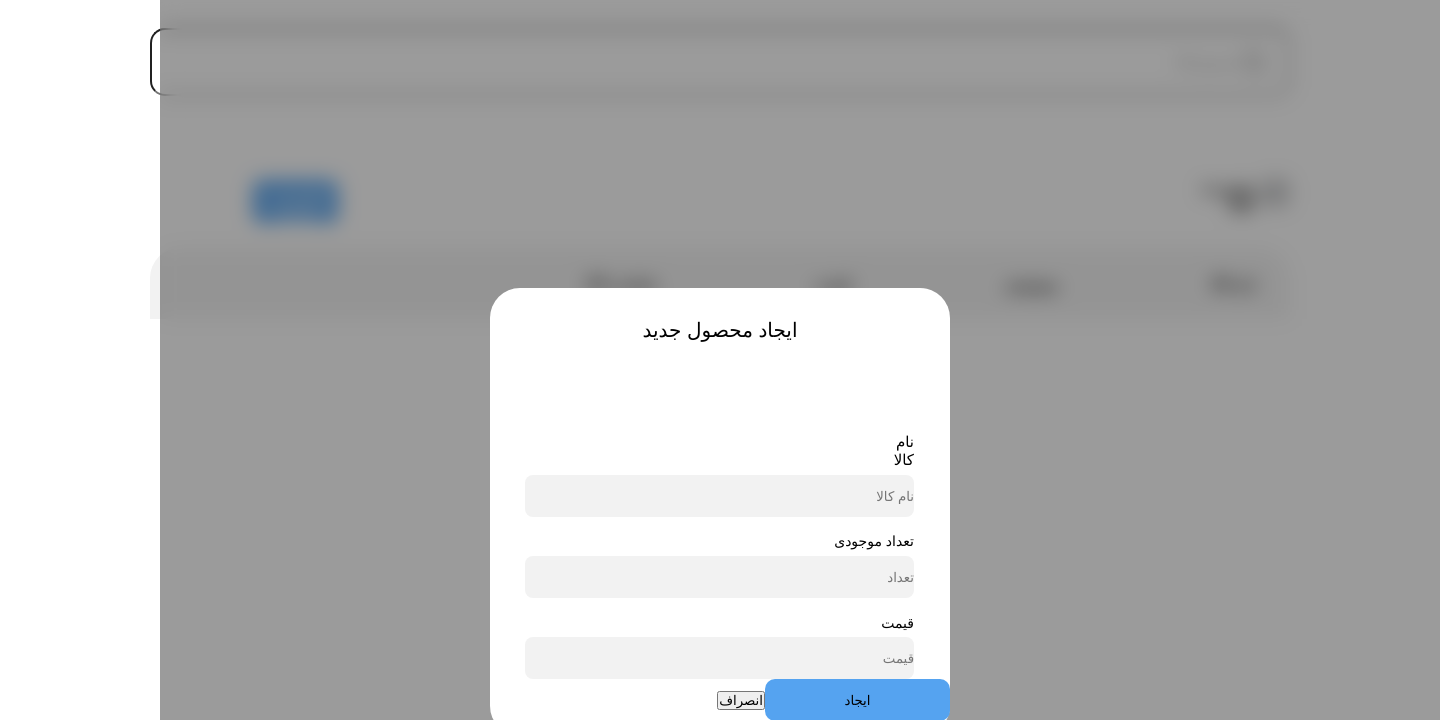
Repository: sobhan-rahimii/project-panel-admin-Next.Js
Page: /dashboard, after clicking the first element matching `button.Dashboard_7644c_addproduct`
These files come from the project's save history. The page is drawn as it stood at one moment and after the next save; the edit follows.
The browser window is 1280 px wide. The page is 1440 px wide, so the pictures cover 1440 px, including what lies to the right of the window. The pictures show the whole page.
The page's requests for data from a server got no answer. The project was rebuilt for these pictures with package versions that can differ from the ones it lists, and the page was loaded fresh each time. The framework's server and built-in components were replaced by stand-ins that run in the browser. No one was signed in, and anything a server would have sent is missing. Also part of the build but not shown: next.config.mjs.

Above is the page before, as saved 2025-09-01 15:53:05.

After the next save:
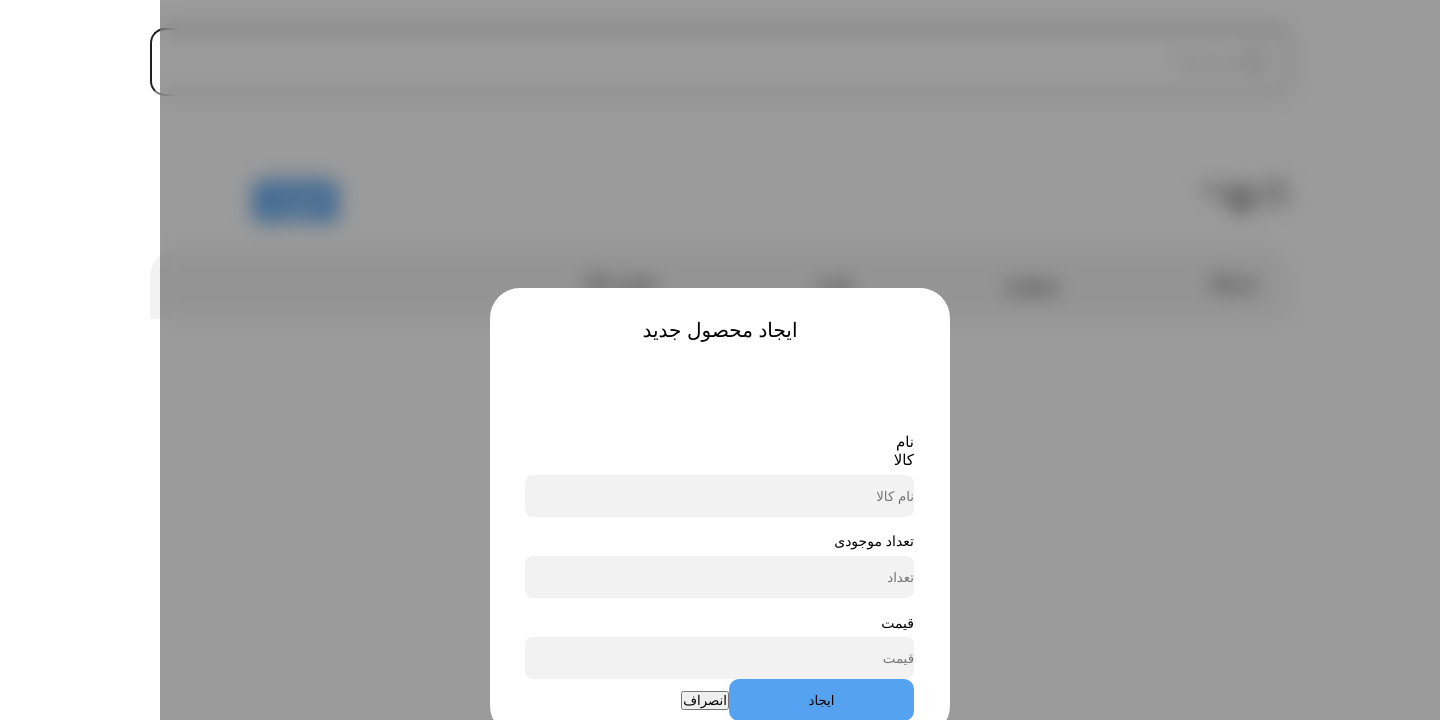
Saved 10 s later.
--- a/styles/AddProductModal.module.css
+++ b/styles/AddProductModal.module.css
@@ -98,5 +98,6 @@
     background-color: rgba(85, 163, 240, 1);
     border: none;
     border-radius: 10px;
-    margin-right: ;
+    margin-right: 36px;
+
 }
